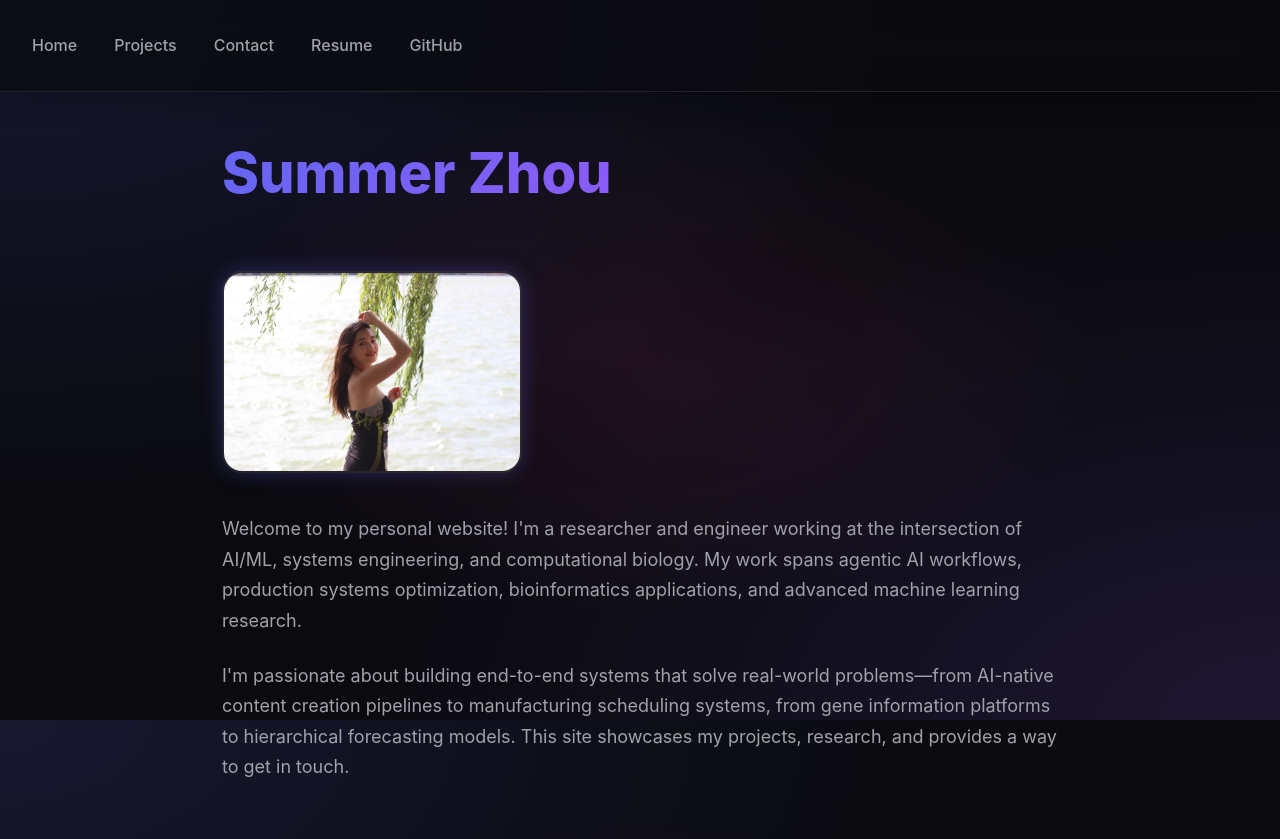
Repository: SummerZ27/personal-website
Page: index.html
These files come from the project's save history. The page is drawn as it stood at one moment and after the next save; the edit follows.
The browser window is 1280 px wide. The pictures show the whole page.
Backgrounds fixed to the window are drawn as part of the page.

Above is the page before, as saved 2026-02-10 13:32:20.

### index.html
<!DOCTYPE html>
<html lang="en">
<head>
    <meta charset="UTF-8">
    <meta name="viewport" content="width=device-width, initial-scale=1.0">
    <title>Summer Zhou: Personal site and portfolio</title>
    <link rel="stylesheet" href="style.css">
</head>
<body>
    <nav>
        <a href="index.html">Home</a>
        <a href="projects/index.html">Projects</a>
        <a href="contact/index.html">Contact</a>
        <a href="files/resume.pdf" target="_blank">Resume</a>
        <a href="https://github.com/SummerZ27" target="_blank">GitHub</a>
    </nav>

    <main>
        <h1>Summer Zhou</h1>

        <img src="images/profile.png" alt="Portrait photo of Summer Zhou">

        <p>Welcome to my personal website! I'm a researcher and engineer working at the intersection of AI/ML, systems engineering, and computational biology. My work spans agentic AI workflows, production systems optimization, bioinformatics applications, and advanced machine learning research.</p>

        <p>I'm passionate about building end-to-end systems that solve real-world problems—from AI-native content creation pipelines to manufacturing scheduling systems, from gene information platforms to hierarchical forecasting models. This site showcases my projects, research, and provides a way to get in touch.</p>
    </main>
</body>
</html>

### style.css
/* Modern CSS Reset & Base Styles */
* {
    margin: 0;
    padding: 0;
    box-sizing: border-box;
}

:root {
    --primary-color: #6366f1;
    --secondary-color: #8b5cf6;
    --accent-color: #ec4899;
    --bg-dark: #0a0a0f;
    --bg-card: rgba(255, 255, 255, 0.05);
    --text-primary: #ffffff;
    --text-secondary: #a1a1aa;
    --border-color: rgba(255, 255, 255, 0.1);
    --shadow-glow: 0 0 20px rgba(99, 102, 241, 0.3);
}

body {
    font-family: -apple-system, BlinkMacSystemFont, 'Segoe UI', 'Roboto', 'Oxygen', 'Ubuntu', 'Cantarell', sans-serif;
    font-size: 18px;
    line-height: 1.7;
    color: var(--text-primary);
    background: var(--bg-dark);
    background-image:
        radial-gradient(at 0% 0%, rgba(99, 102, 241, 0.15) 0px, transparent 50%),
        radial-gradient(at 100% 100%, rgba(139, 92, 246, 0.15) 0px, transparent 50%),
        radial-gradient(at 50% 50%, rgba(236, 72, 153, 0.1) 0px, transparent 50%);
    background-attachment: fixed;
    min-height: 100vh;
    padding: 0;
    margin: 0;
    overflow-x: hidden;
    scroll-behavior: smooth;
}

/* Animated background particles effect */
body::before {
    content: '';
    position: fixed;
    top: 0;
    left: 0;
    width: 100%;
    height: 100%;
    background-image:
        radial-gradient(2px 2px at 20% 30%, rgba(99, 102, 241, 0.3), transparent),
        radial-gradient(2px 2px at 60% 70%, rgba(139, 92, 246, 0.3), transparent),
        radial-gradient(1px 1px at 50% 50%, rgba(236, 72, 153, 0.3), transparent),
        radial-gradient(1px 1px at 80% 10%, rgba(99, 102, 241, 0.2), transparent),
        radial-gradient(2px 2px at 90% 80%, rgba(139, 92, 246, 0.2), transparent);
    background-size: 200% 200%;
    animation: particleMove 20s ease-in-out infinite;
    pointer-events: none;
    z-index: 0;
    opacity: 0.6;
}

@keyframes particleMove {
    0%, 100% { background-position: 0% 0%, 100% 100%, 50% 50%, 80% 10%, 90% 80%; }
    50% { background-position: 100% 0%, 0% 100%, 50% 50%, 20% 90%, 10% 20%; }
}

/* Main content wrapper */
body > * {
    position: relative;
    z-index: 1;
}

/* Navigation Styles */
nav {
    background: rgba(10, 10, 15, 0.8);
    backdrop-filter: blur(20px);
    border-bottom: 1px solid var(--border-color);
    padding: 1.5rem 2rem;
    margin-bottom: 0;
    position: sticky;
    top: 0;
    z-index: 100;
    box-shadow: 0 4px 30px rgba(0, 0, 0, 0.3);
    max-width: 100%;
}

nav a {
    display: inline-block;
    margin-right: 2rem;
    text-decoration: none;
    color: var(--text-secondary);
    font-weight: 500;
    font-size: 1rem;
    position: relative;
    transition: all 0.3s ease;
    padding: 0.5rem 0;
}

nav a::after {
    content: '';
    position: absolute;
    bottom: 0;
    left: 0;
    width: 0;
    height: 2px;
    background: linear-gradient(90deg, var(--primary-color), var(--accent-color));
    transition: width 0.3s ease;
}

nav a:hover {
    color: var(--text-primary);
    transform: translateY(-2px);
}

nav a:hover::after {
    width: 100%;
}

/* Container */
main {
    max-width: 900px;
    margin: 0 auto;
    padding: 3rem 2rem 2rem 2rem;
}

/* Typography */
h1 {
    font-size: 3.5rem;
    font-weight: 800;
    background: linear-gradient(135deg, var(--primary-color), var(--secondary-color), var(--accent-color));
    -webkit-background-clip: text;
    -webkit-text-fill-color: transparent;
    background-clip: text;
    margin-bottom: 2rem;
    animation: fadeInUp 0.8s ease;
    line-height: 1.2;
}

h2 {
    font-size: 2rem;
    font-weight: 700;
    color: var(--text-primary);
    margin-bottom: 1rem;
    background: linear-gradient(135deg, var(--primary-color), var(--accent-color));
    -webkit-background-clip: text;
    -webkit-text-fill-color: transparent;
    background-clip: text;
}

h3 {
    font-size: 1.5rem;
    font-weight: 600;
    color: var(--text-primary);
    margin-bottom: 0.75rem;
}

p {
    color: var(--text-secondary);
    margin-bottom: 1.5rem;
    animation: fadeIn 1s ease;
}

/* Image Styles */
img {
    max-width: 300px;
    height: auto;
    border-radius: 20px;
    box-shadow: var(--shadow-glow);
    margin: 2rem 0;
    transition: all 0.4s ease;
    border: 2px solid var(--border-color);
    animation: fadeInScale 1s ease;
}

img:hover {
    transform: scale(1.05) rotate(2deg);
    box-shadow: 0 0 40px rgba(99, 102, 241, 0.5);
}

/* Section Styles */
section {
    background: var(--bg-card);
    backdrop-filter: blur(10px);
    border: 1px solid var(--border-color);
    border-radius: 20px;
    padding: 2.5rem;
    margin-bottom: 2rem;
    transition: all 0.4s ease;
    position: relative;
    overflow: hidden;
    animation: fadeInUp 0.6s ease;
}

section::before {
    content: '';
    position: absolute;
    top: 0;
    left: -100%;
    width: 100%;
    height: 100%;
    background: linear-gradient(90deg, transparent, rgba(99, 102, 241, 0.1), transparent);
    transition: left 0.5s ease;
}

section:hover {
    transform: translateY(-5px);
    border-color: var(--primary-color);
    box-shadow: 0 10px 40px rgba(99, 102, 241, 0.2);
}

section:hover::before {
    left: 100%;
}

section h2 {
    margin-top: 0;
}

/* Article Styles */
article {
    margin-bottom: 2rem;
    padding: 1.5rem;
    background: rgba(255, 255, 255, 0.02);
    border-radius: 15px;
    border-left: 3px solid var(--primary-color);
    transition: all 0.3s ease;
}

article:hover {
    background: rgba(255, 255, 255, 0.05);
    transform: translateX(5px);
}

/* List Styles */
ul {
    list-style: none;
    padding-left: 0;
}

ul li {
    padding: 0.75rem 0;
    padding-left: 1.5rem;
    position: relative;
    color: var(--text-secondary);
}

ul li::before {
    content: '▹';
    position: absolute;
    left: 0;
    color: var(--primary-color);
    font-weight: bold;
}

/* Form Styles */
form {
    background: var(--bg-card);
    backdrop-filter: blur(10px);
    border: 1px solid var(--border-color);
    border-radius: 20px;
    padding: 2.5rem;
    margin-top: 2rem;
    animation: fadeInUp 0.6s ease;
}

label {
    display: block;
    margin-bottom: 1.5rem;
    color: var(--text-primary);
    font-weight: 500;
    font-size: 1rem;
}

input[type="email"],
input[type="text"],
textarea {
    width: 100%;
    padding: 1rem;
    margin-top: 0.5rem;
    background: rgba(255, 255, 255, 0.05);
    border: 2px solid var(--border-color);
    border-radius: 10px;
    color: var(--text-primary);
    font-size: 1rem;
    font-family: inherit;
    transition: all 0.3s ease;
}

input[type="email"]:focus,
input[type="text"]:focus,
textarea:focus {
    outline: none;
    border-color: var(--primary-color);
    background: rgba(255, 255, 255, 0.08);
    box-shadow: 0 0 20px rgba(99, 102, 241, 0.3);
    transform: translateY(-2px);
}

textarea {
    min-height: 150px;
    resize: vertical;
}

button {
    background: linear-gradient(135deg, var(--primary-color), var(--secondary-color));
    color: white;
    border: none;
    padding: 1rem 2.5rem;
    font-size: 1.1rem;
    font-weight: 600;
    border-radius: 10px;
    cursor: pointer;
    transition: all 0.3s ease;
    box-shadow: 0 4px 15px rgba(99, 102, 241, 0.4);
    text-transform: uppercase;
    letter-spacing: 1px;
}

button:hover {
    transform: translateY(-3px);
    box-shadow: 0 6px 25px rgba(99, 102, 241, 0.6);
    background: linear-gradient(135deg, var(--secondary-color), var(--accent-color));
}

button:active {
    transform: translateY(-1px);
}

/* Time element */
time {
    color: var(--accent-color);
    font-weight: 500;
    font-style: normal;
}

/* Animations */
@keyframes fadeIn {
    from {
        opacity: 0;
    }
    to {
        opacity: 1;
    }
}

@keyframes fadeInUp {
    from {
        opacity: 0;
        transform: translateY(30px);
    }
    to {
        opacity: 1;
        transform: translateY(0);
    }
}

@keyframes fadeInScale {
    from {
        opacity: 0;
        transform: scale(0.9);
    }
    to {
        opacity: 1;
        transform: scale(1);
    }
}

/* Stagger animations for sections */
section:nth-child(1) { animation-delay: 0.1s; }
section:nth-child(2) { animation-delay: 0.2s; }
section:nth-child(3) { animation-delay: 0.3s; }
section:nth-child(4) { animation-delay: 0.4s; }

/* Responsive Design */
@media (max-width: 768px) {
    body {
        padding: 1rem;
    }

    nav {
        padding: 1rem;
        text-align: center;
    }

    nav a {
        display: block;
        margin: 0.5rem 0;
        margin-right: 0;
    }

    h1 {
        font-size: 2.5rem;
    }

    h2 {
        font-size: 1.5rem;
    }

    section {
        padding: 1.5rem;
    }

    img {
        max-width: 100%;
    }
}

/* Scrollbar Styling */
::-webkit-scrollbar {
    width: 10px;
}

::-webkit-scrollbar-track {
    background: var(--bg-dark);
}

::-webkit-scrollbar-thumb {
    background: linear-gradient(180deg, var(--primary-color), var(--accent-color));
    border-radius: 5px;
}

::-webkit-scrollbar-thumb:hover {
    background: linear-gradient(180deg, var(--secondary-color), var(--primary-color));
}

After the next save:
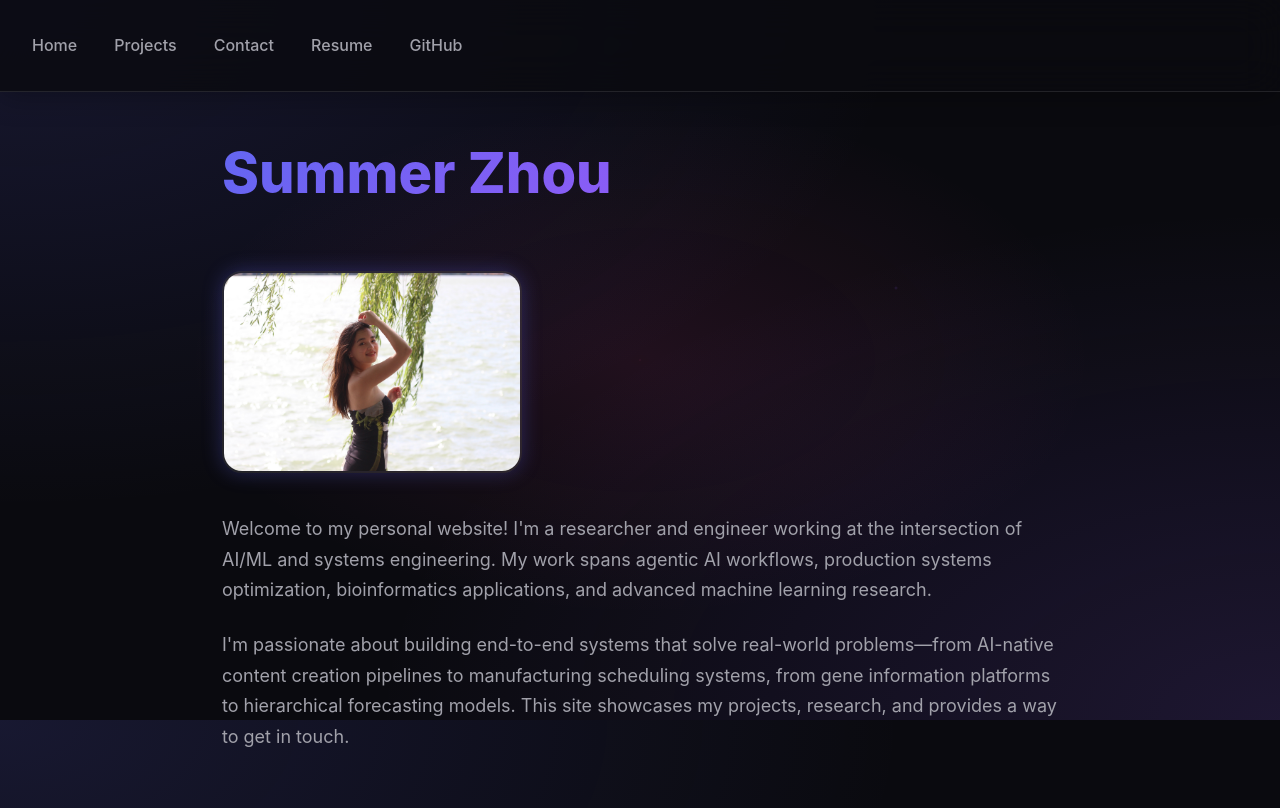
Saved 47 s later.
--- a/index.html
+++ b/index.html
@@ -20,7 +20,7 @@
 
         <img src="images/profile.png" alt="Portrait photo of Summer Zhou">
 
-        <p>Welcome to my personal website! I'm a researcher and engineer working at the intersection of AI/ML, systems engineering, and computational biology. My work spans agentic AI workflows, production systems optimization, bioinformatics applications, and advanced machine learning research.</p>
+        <p>Welcome to my personal website! I'm a researcher and engineer working at the intersection of AI/ML and systems engineering. My work spans agentic AI workflows, production systems optimization, bioinformatics applications, and advanced machine learning research.</p>
 
         <p>I'm passionate about building end-to-end systems that solve real-world problems—from AI-native content creation pipelines to manufacturing scheduling systems, from gene information platforms to hierarchical forecasting models. This site showcases my projects, research, and provides a way to get in touch.</p>
     </main>
